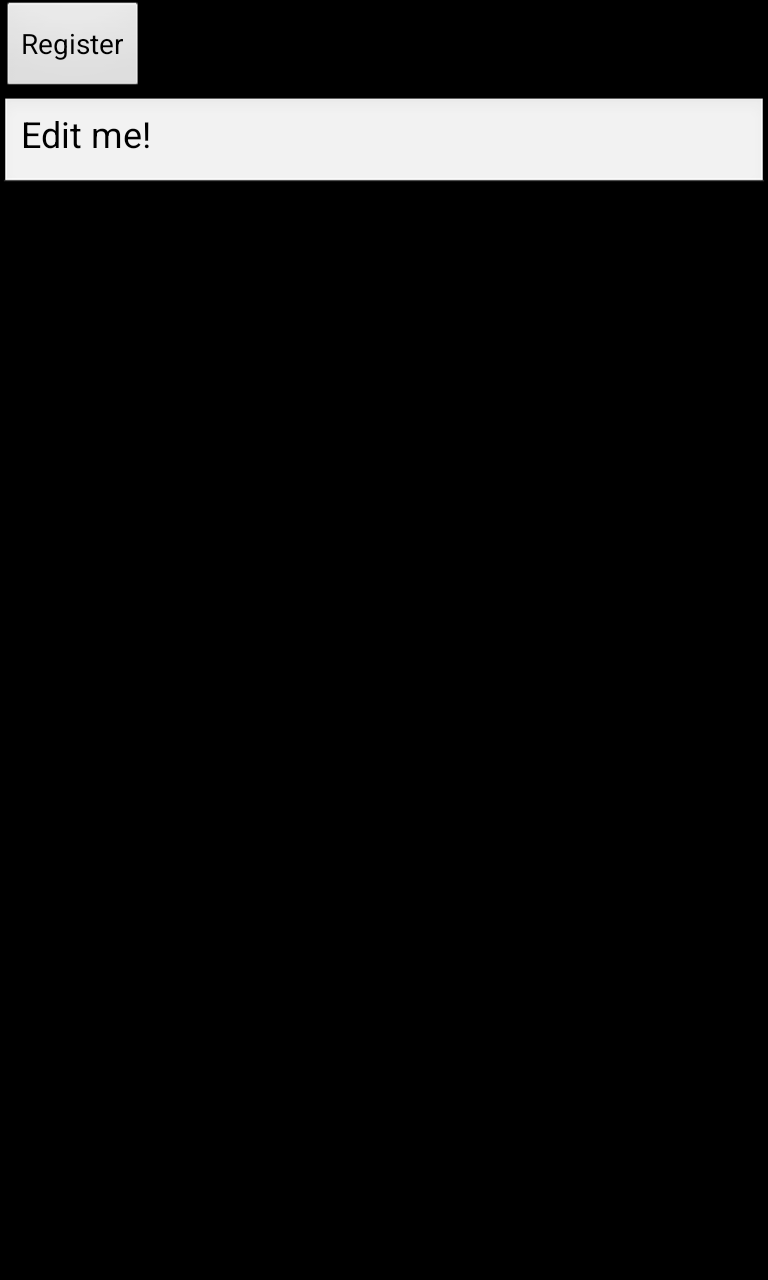
Repository: AjayTripathy/rice
Layout: android.rice.StickyNotesActivity/res/layout/main.xml
These files come from the project's save history. The layout is drawn as it stood at one moment and after the next save; the edit follows.
It is drawn on a 768 x 1280 px phone screen (xhdpi) without system bars, with theme android:Theme; the app's code is not run.

Above is the layout before, as saved 2012-07-22 08:53:41.

### android.rice.StickyNotesActivity/res/layout/main.xml
<?xml version="1.0" encoding="utf-8"?>
<LinearLayout xmlns:android="http://schemas.android.com/apk/res/android"
    android:orientation="vertical"
    android:layout_width="fill_parent"
    android:layout_height="fill_parent">
 	<LinearLayout android:layout_height="wrap_content" android:layout_width="match_parent" android:id="@+id/linearLayout1">
    </LinearLayout>

    <LinearLayout android:layout_height="wrap_content" android:layout_width="match_parent" android:id="@+id/linearLayout2"> -->

    <Button android:layout_height="wrap_content" android:layout_width="wrap_content" android:id="@+id/get_tag_info" android:text="@string/get_tag_info"></Button>
    </LinearLayout>
<EditText
    android:layout_width="fill_parent"
    android:id="@+id/note"
    android:layout_height="wrap_content"
    android:gravity="top"
    android:text="@string/default_note_text">
</EditText>
</LinearLayout>

### android.rice.StickyNotesActivity/res/values/strings.xml
<?xml version="1.0" encoding="utf-8"?>
<resources>
    <string name="hello">Hello World, StickyNotesActivity!</string>
    <string name="app_name">Rice!</string>
    <string name="write_to_tag">Write to Tag</string>
    <string name="default_note_text">Edit me!</string>
    <string name="get_tag_info">Register</string>
</resources>

After the next save:
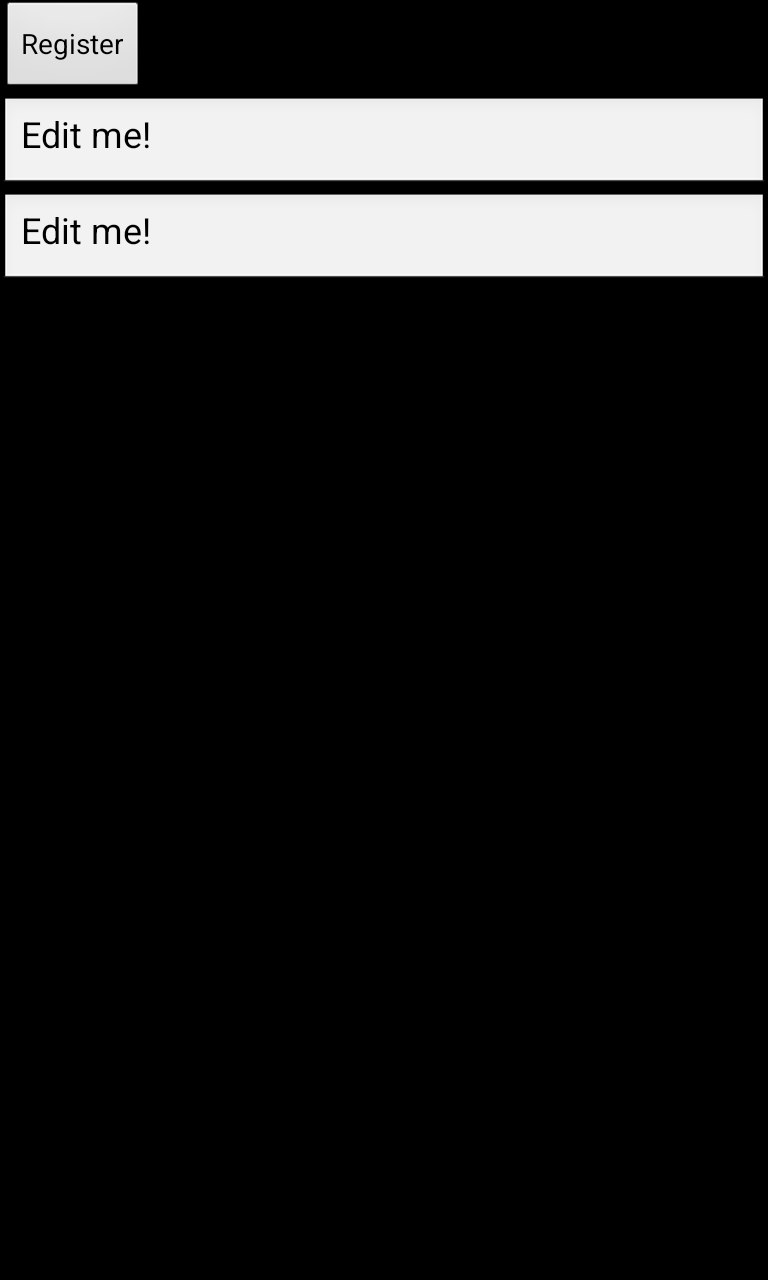
Saved 15 s later.
--- a/android.rice.StickyNotesActivity/res/layout/main.xml
+++ b/android.rice.StickyNotesActivity/res/layout/main.xml
@@ -17,4 +17,11 @@
     android:gravity="top"
     android:text="@string/default_note_text">
 </EditText>
+<EditText
+    android:layout_width="fill_parent"
+    android:id="@+id/note"
+    android:layout_height="wrap_content"
+    android:gravity="top"
+    android:text="@string/default_note_text">
+</EditText>
 </LinearLayout>
